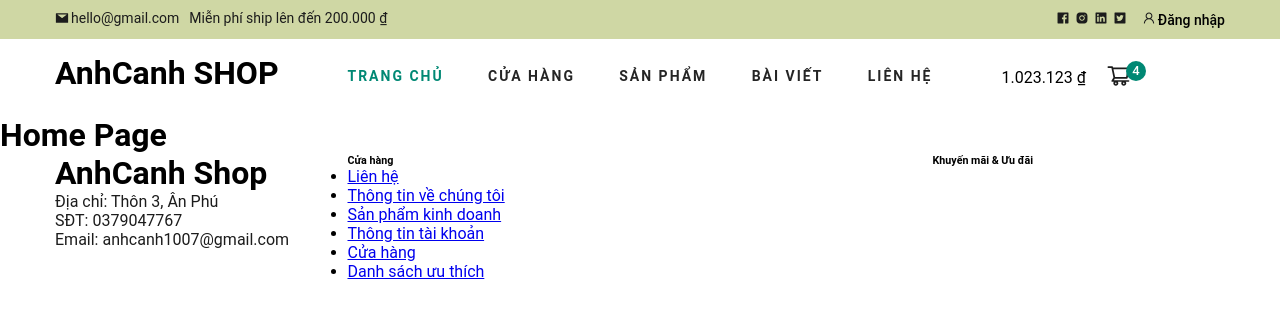
Repository: anhcanh1007/show_product
Page: /
These files come from the project's save history. The page is drawn as it stood at one moment and after the next save; the edit follows.
The browser window is 1280 px wide. The pictures show the whole page.
The project was rebuilt for these pictures with package versions that can differ from the ones it lists, and the page was loaded fresh each time. Imported but missing from the stored project, and not drawn on this page: src/pages/user/profilePage.

Above is the page before, as saved 2024-01-26 14:54:17.

After the next save:
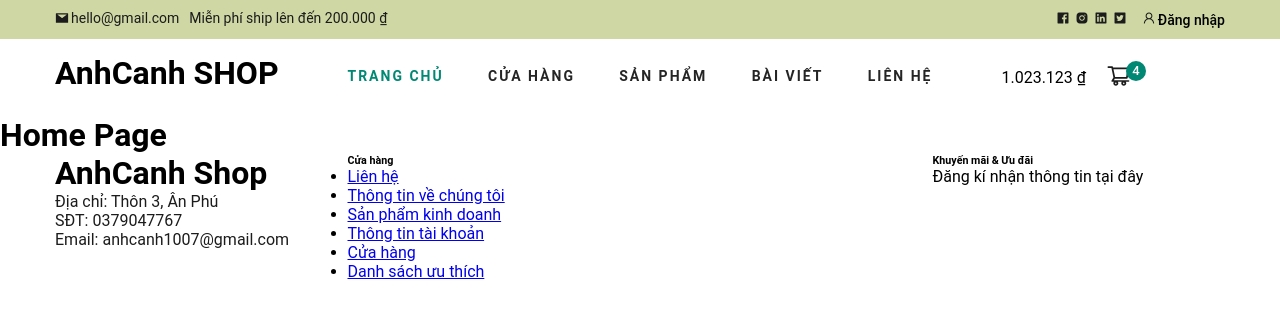
Saved 8 s later.
--- a/src/pages/user/theme/footer/index.js
+++ b/src/pages/user/theme/footer/index.js
@@ -48,7 +48,7 @@ const Footer = () => {
             <div className="col-lg-3">
               <div className="footer__widget">
                 <h6>Khuyến mãi & Ưu đãi</h6>
-                <p></p>
+                <p>Đăng kí nhận thông tin tại đây</p>
               </div>
             </div>
           </div>
